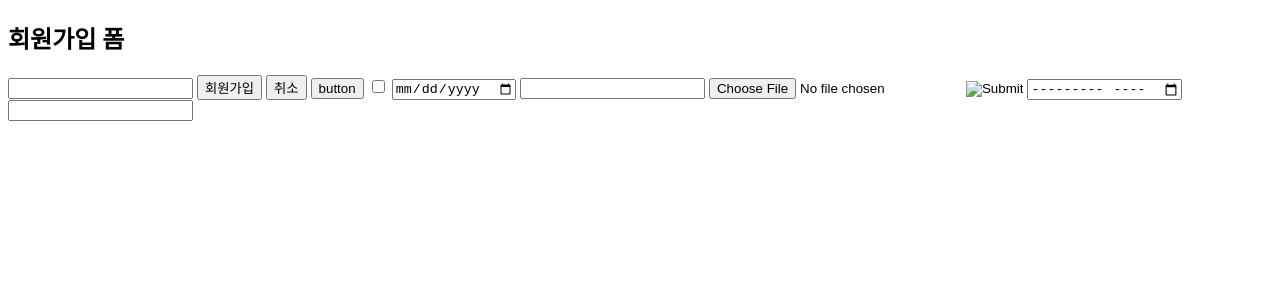
Repository: ssleap/multicampusIoT
Page: workspace190520/edu1/WebContent/member.html
These files come from the project's save history. The page is drawn as it stood at one moment and after the next save; the edit follows.
The browser window is 1280 px wide. The pictures show the whole page.

Above is the page before, as saved 2019-05-22 02:37:31.

### workspace190520/edu1/WebContent/member.html
<!DOCTYPE html>
<html>
<head>
<meta charset="UTF-8">
<meta name = "viewport" content ="width=device-width, initial-scale=1">
<title>회원가입 폼</title>
</head>
<body>

	<h2>회원가입 폼</h2>

	<form action="" method = "post">

		<input type = "text" name = "" value = "">
		<input type = "submit" value = "회원가입">
		<input type = "reset" value = "취소">
		<input type = "button" value = "button">
		<input type = "checkbox">
		<input type = "date">
		<input type = "email">
		<input type = "file">
		<input type = "hidden">
		<input type = "image">
		<input type = "month">
		<input type = "number">

	</form>

</body>
</html>

After the next save:
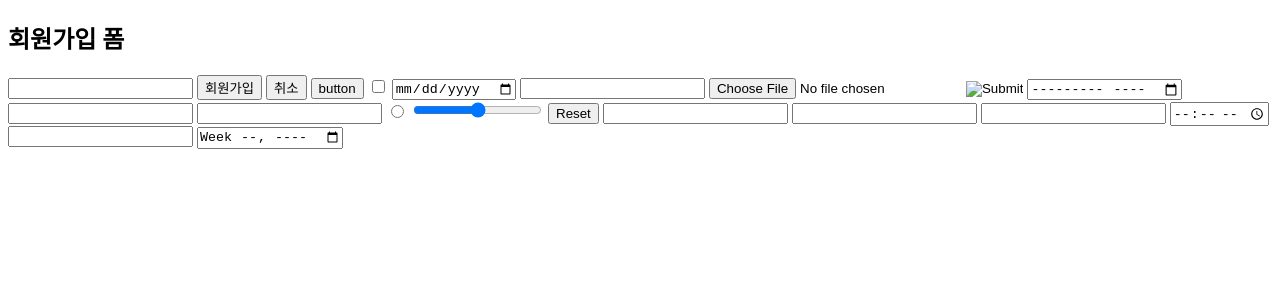
Saved 101 s later.
--- a/workspace190520/edu1/WebContent/member.html
+++ b/workspace190520/edu1/WebContent/member.html
@@ -23,6 +23,16 @@
 		<input type = "image">
 		<input type = "month">
 		<input type = "number">
+		<input type = "password">
+		<input type = "radio">
+		<input type = "range">
+		<input type = "reset">
+		<input type = "search">
+		<input type = "tel">
+		<input type = "text">
+		<input type = "time">
+		<input type = "url">
+		<input type = "week">
 
 	</form>
 
